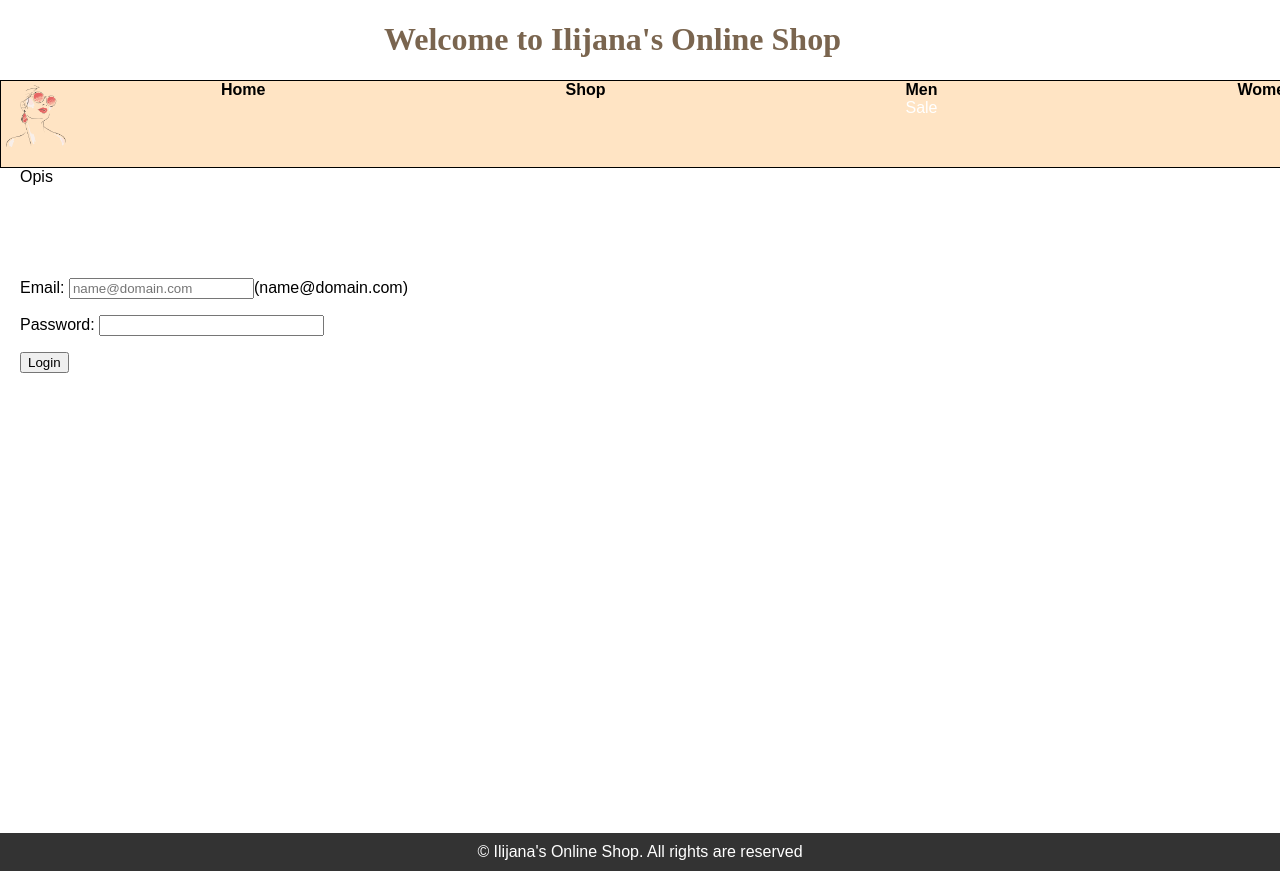
Repository: ilijana123/Proekt1
Page: html.html
An editor plug-in stored every save of this project. The page is shown before and after the next save, followed by the edit.
The browser window is 1280 px wide. The pictures show the whole page.

Above is the page before, as saved 2023-11-13 01:48:14.

After the next save:
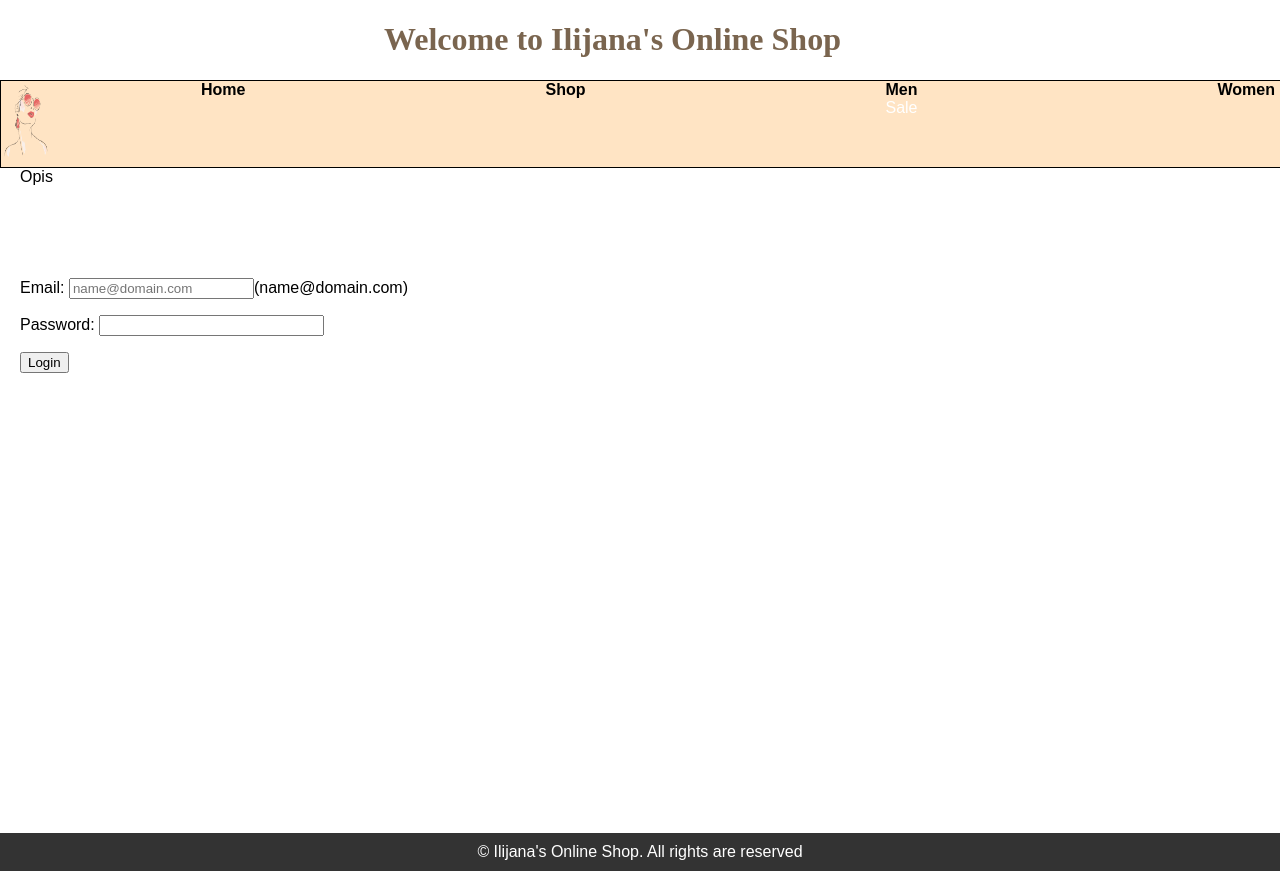
Saved 17 s later.
--- a/1.css
+++ b/1.css
@@ -65,5 +65,6 @@ h1  {
         padding: 10px;
     }
     .logo img{
-        height: 70px;
+        height: 80px;
+        width: 50px;
     }
